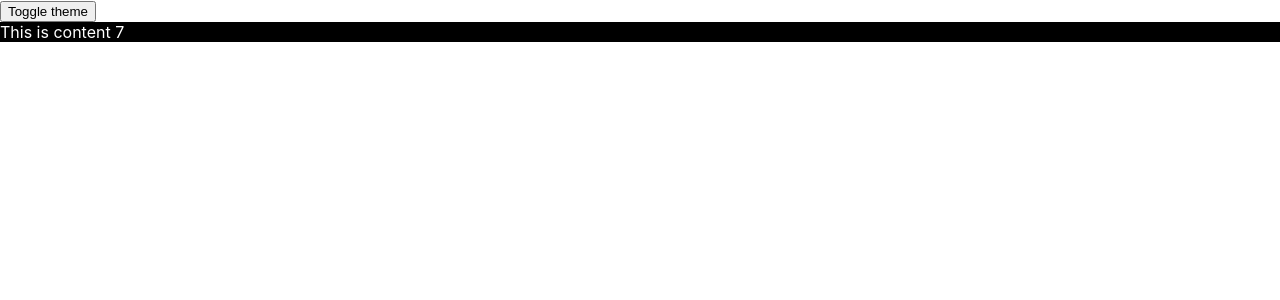
Repository: haidawngvn/hooks-bible
Page: /
An editor plug-in stored every save of this project. The page is shown before and after the next save, followed by the edit.
The browser window is 1280 px wide. The pictures show the whole page.
The project was rebuilt for these pictures with package versions that can differ from the ones it lists, and the page was loaded fresh each time. Also part of the build but not shown: src/Content3.js.

Above is the page before, as saved 2022-07-31 14:54:24.

### public/index.html
<!DOCTYPE html>
<html lang="en">
  <head>
    <meta charset="utf-8" />
    <link rel="icon" href="%PUBLIC_URL%/favicon.ico" />
    <meta name="viewport" content="width=device-width, initial-scale=1" />
    <meta name="theme-color" content="#000000" />
    <meta
      name="description"
      content="Web site created using create-react-app"
    />
    <link rel="apple-touch-icon" href="%PUBLIC_URL%/logo192.png" />
    <!--
      manifest.json provides metadata used when your web app is installed on a
      user's mobile device or desktop. See https://developers.google.com/web/fundamentals/web-app-manifest/
    -->
    <link rel="manifest" href="%PUBLIC_URL%/manifest.json" />
    <!--
      Notice the use of %PUBLIC_URL% in the tags above.
      It will be replaced with the URL of the `public` folder during the build.
      Only files inside the `public` folder can be referenced from the HTML.

      Unlike "/favicon.ico" or "favicon.ico", "%PUBLIC_URL%/favicon.ico" will
      work correctly both with client-side routing and a non-root public URL.
      Learn how to configure a non-root public URL by running `npm run build`.
    -->
    <title>Hooks Examples</title>
  </head>
  <body>
    <noscript>You need to enable JavaScript to run this app.</noscript>
    <div id="root"></div>
    <!--
      This HTML file is a template.
      If you open it directly in the browser, you will see an empty page.

      You can add webfonts, meta tags, or analytics to this file.
      The build step will place the bundled scripts into the <body> tag.

      To begin the development, run `npm start` or `yarn start`.
      To create a production bundle, use `npm run build` or `yarn build`.
    -->
  </body>
</html>

### src/index.js
import React from 'react';
import ReactDOM from 'react-dom/client';
import './index.css';
import App from './App';
import Content3 from './Content3';
import reportWebVitals from './reportWebVitals';


// Fake auto comment function
function emitComment(id) {
    setInterval(() => {
        window.dispatchEvent(
            new CustomEvent(`lesson-${id}`, {
                detail: `comment on lession-${id}`
            })
        )
    }, 2000)
}

emitComment(1)
emitComment(2)
emitComment(3)

const root = ReactDOM.createRoot(document.getElementById('root'));
root.render(
//   <React.StrictMode>
    [

        <App />,
    ]
//   </React.StrictMode>
);

// If you want to start measuring performance in your app, pass a function
// to log results (for example: reportWebVitals(console.log))
// or send to an analytics endpoint. Learn more: https://bit.ly/CRA-vitals
reportWebVitals();

### src/App.js
import  {  useContext, createContext, useState } from 'react'
import Content6 from './Content6'
import './App.css'
import { ThemeProvider, ThemeContext} from './ThemeContext'


// use context
// truyển dữ liệu từ component cha xuống con mà kh cần dùng props
// CompA => CompB => CompC

// 3 bước khi xài useContext
// 1. create context (tạo context từ A thì có thể chuyển từ A tới B hoặc C,D....)
//    CompA => CompB => CompC
// 2. provider (thằng cung cấp dữ liệu)
// 3. consumer (thằng nhận dữ liệu)

// 1. create context (tạo context từ A thì có thể chuyển từ A tới B hoặc C,D....)
// export const ThemeContext = createContext()
// createContext() sẽ trả về 1 object có chứa 2 react component là provider, consumer


function App() {

    // const [theme, setTheme] = useState('dark')

    // const toggleTheme = () => {
    //     setTheme(theme === 'dark' ? 'light' : 'dark')

    // }

    {/* 2. provider (thằng cung cấp dữ liệu) */}
    // return (
    //     <ThemeContext.Provider value={theme}>
    //         <div>
    //             <button>
    //                 Toggle theme
    //             </button>
    //             <Content6/>
    //         </div>
    //     </ThemeContext.Provider>
    // )

    return (
        <ThemeProvider>
            <div>
                <button>
                    Toggle theme
                </button>
                <Content6/>
            </div>
        </ThemeProvider>
    )
}

export default App

### src/Content6.js
import Content7 from './Content7'


function Content6() {
    return (
        <div>
            <Content7/>
        </div>
    )
}

export default Content6;

### src/App.css
.dark {
  background-color: black;
  color: white;
}
.light {
  background-color: orange;
  color: white;
}

### src/ThemeContext.js
import  {  useContext, createContext, useState } from 'react'


const ThemeContext = createContext()


function ThemeProvider( {children}) {

    const [theme, setTheme] = useState('dark')

    const toggleTheme = () => {
        setTheme(theme === 'dark' ? 'light' : 'dark')

    }

    return (
        <ThemeContext.Provider value={theme}>
            { children }
        </ThemeContext.Provider>
    )
}

export { ThemeProvider, ThemeContext }

### src/Content7.js
import {useContext} from 'react'
import {ThemeContext} from './ThemeContext'


function Content7() {

    const theme = useContext(ThemeContext)

    console.log(theme);
    return (
        <div className={theme}>
            This is content 7
        </div>
    )
}

export default Content7;

Loaded but not shown: src/index.css (common file); src/reportWebVitals.js (common file)

After the next save:
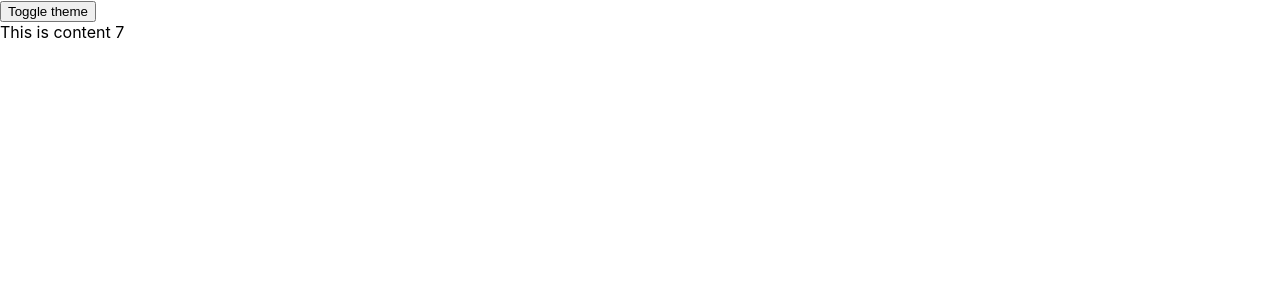
Saved 46 s later.
--- a/src/ThemeContext.js
+++ b/src/ThemeContext.js
@@ -10,11 +10,15 @@ function ThemeProvider( {children}) {
 
     const toggleTheme = () => {
         setTheme(theme === 'dark' ? 'light' : 'dark')
+    }
 
+    const value = {
+        theme,
+        toggleTheme
     }
 
     return (
-        <ThemeContext.Provider value={theme}>
+        <ThemeContext.Provider value={value}>
             { children }
         </ThemeContext.Provider>
     )

After the 6 saves that followed:
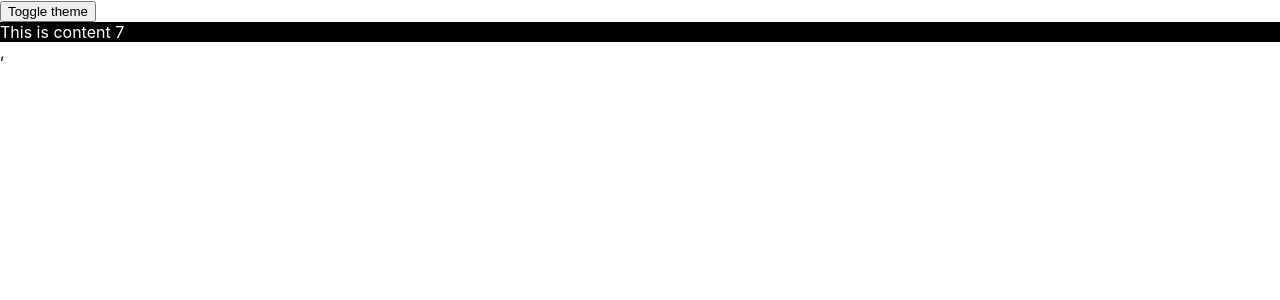
The 6 saves are shown as one change because 5 did not build or start.
The last was saved 5 min 52 s later.
--- a/src/index.js
+++ b/src/index.js
@@ -4,6 +4,8 @@ import './index.css';
 import App from './App';
 import Content3 from './Content3';
 import reportWebVitals from './reportWebVitals';
+import { ThemeProvider} from './ThemeContext'
+
 
 
 // Fake auto comment function
@@ -25,8 +27,9 @@ const root = ReactDOM.createRoot(document.getElementById('root'));
 root.render(
 //   <React.StrictMode>
     [
-
-        <App />,
+        <ThemeProvider>
+            <App />,
+        </ThemeProvider>
     ]
 //   </React.StrictMode>
 );
--- a/src/App.js
+++ b/src/App.js
@@ -1,4 +1,4 @@
-import  {  useContext, createContext, useState } from 'react'
+import  {  useContext } from 'react'
 import Content6 from './Content6'
 import './App.css'
 import { ThemeProvider, ThemeContext} from './ThemeContext'
@@ -40,10 +40,12 @@ function App() {
     //     </ThemeContext.Provider>
     // )
 
+    const context= useContext(ThemeContext)
+
     return (
         <ThemeProvider>
             <div>
-                <button>
+                <button onClick={context.toggleTheme}>
                     Toggle theme
                 </button>
                 <Content6/>
--- a/src/Content7.js
+++ b/src/Content7.js
@@ -4,11 +4,11 @@ import {ThemeContext} from './ThemeContext'
 
 function Content7() {
 
-    const theme = useContext(ThemeContext)
+    const context = useContext(ThemeContext)
 
-    console.log(theme);
+    console.log(context.theme);
     return (
-        <div className={theme}>
+        <div className={context.theme}>
             This is content 7
         </div>
     )
